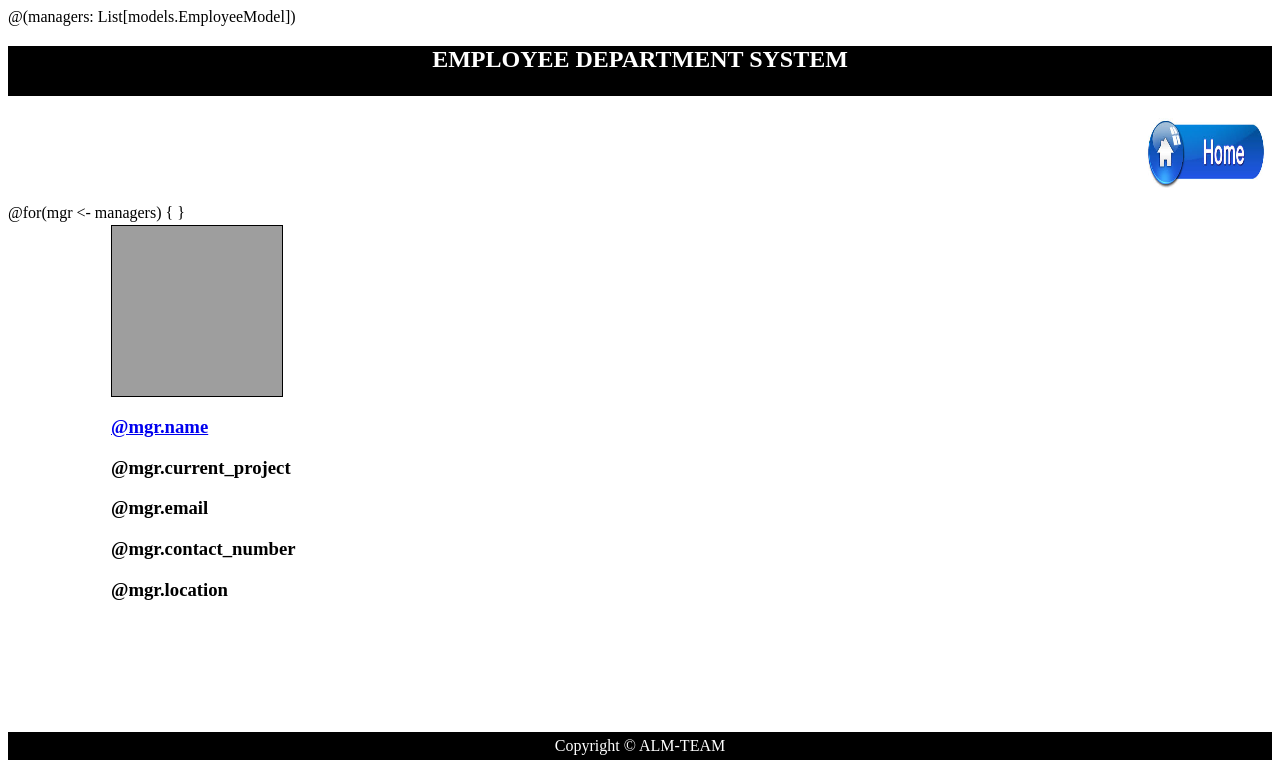
Repository: sumitkum200690/PLAY_SLICK
Page: Play_DB/app/views/managerPage.scala.html
These files come from the project's save history. The page is drawn as it stood at one moment and after the next save; the edit follows.
The browser window is 1280 px wide. The pictures show the whole page.
Pictures or frames that could not be fetched are drawn as grey boxes.

Above is the page before, as saved 2015-09-28 11:26:54.

After the next save:
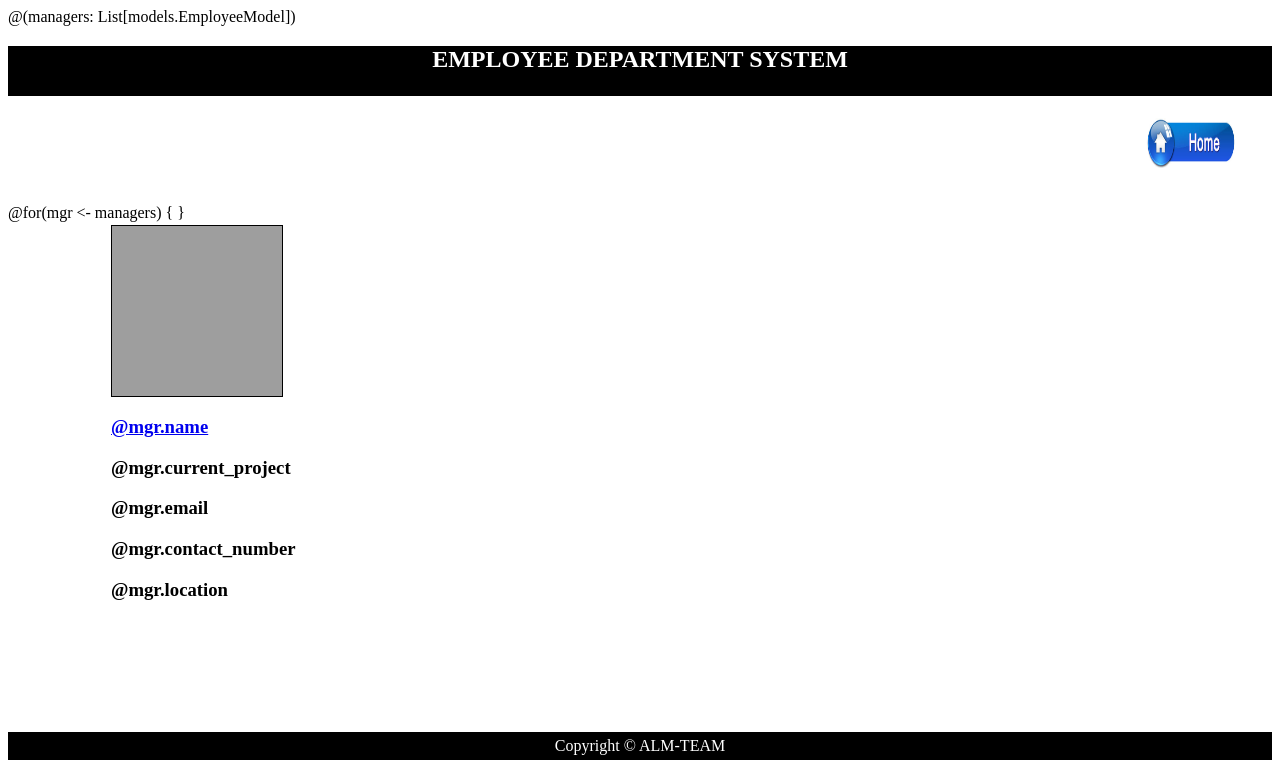
Saved 30 s later.
--- a/Play_DB/app/views/managerPage.scala.html
+++ b/Play_DB/app/views/managerPage.scala.html
@@ -143,7 +143,7 @@
 
 			</div>
 
-<div id="home" style="float:left;"><a href="/"><h1><b><I><U><img src="/assets/images/home.jpg" alt="HOME" height="70" width="120" border="0"/></U></I></b></h1></a></div>
+<div id="home" style="float:left;"><a href="/"><h1><b><I><U><img src="/assets/images/home.jpg" alt="HOME" height="50" width="90" border="0"/></U></I></b></h1></a></div>
 
 		</div>
 
